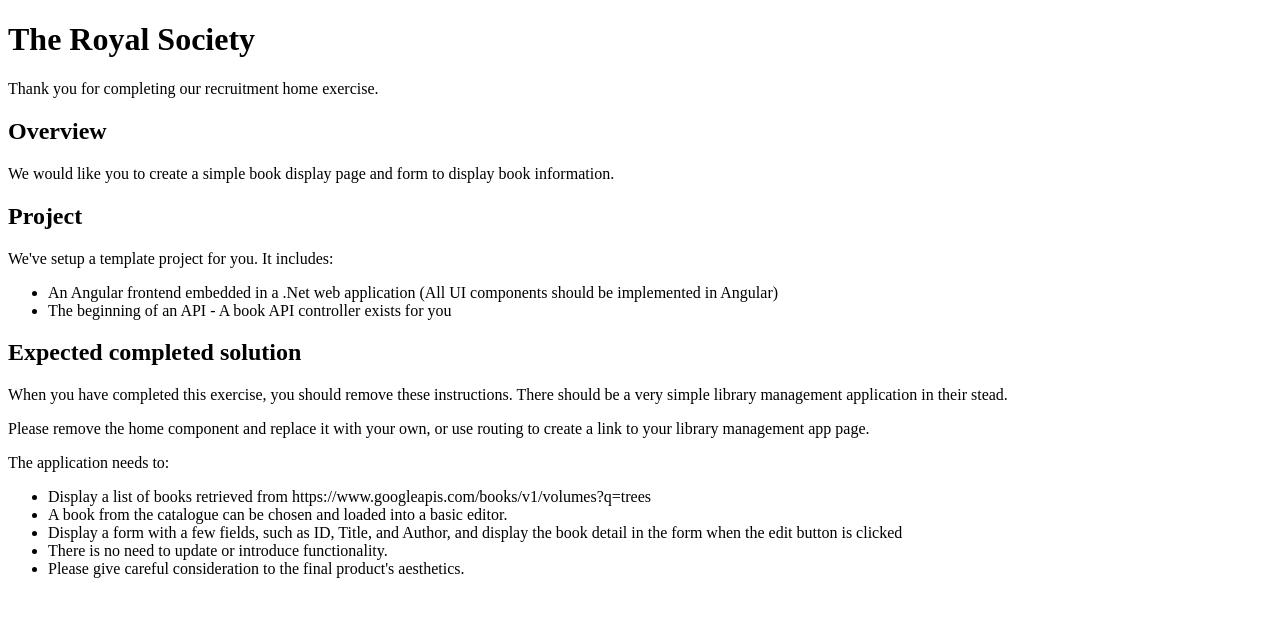
Repository: sedat-akdogan/royal_task
Page: / (app in angularapp/)
These files come from the project's save history. The page is drawn as it stood at one moment and after a run of saves; the edit follows.
The browser window is 1280 px wide. The pictures show the whole page.
The project was rebuilt for these pictures with package versions that can differ from the ones it lists, and the page was loaded fresh each time. Also part of the build but not shown: angularapp/angular.json.

Above is the page before, as saved 2023-07-02 19:44:22.

### angularapp/src/index.html
<!doctype html>
<html lang="en">

<head>
    <meta charset="utf-8">
    <title>Angular App</title>
    <base href="/">
    <meta name="viewport" content="width=device-width, initial-scale=1">
    <link rel="icon" type="image/x-icon" href="favicon.ico">
</head>

<body>
    <app-root></app-root>
</body>

</html>

### angularapp/src/main.ts
import { platformBrowserDynamic } from '@angular/platform-browser-dynamic';

import { AppModule } from './app/app.module';


platformBrowserDynamic().bootstrapModule(AppModule)
    .catch(err => console.error(err));

### angularapp/src/app/app.module.ts
import { HttpClientModule } from '@angular/common/http';
import { NgModule } from '@angular/core';
import { BrowserModule } from '@angular/platform-browser';

import { AppComponent } from './app.component';

@NgModule({
    declarations: [
        AppComponent
    ],
    imports: [
        BrowserModule, HttpClientModule
    ],
    providers: [],
    bootstrap: [AppComponent]
})
export class AppModule { }

### angularapp/src/app/app.component.ts
import { HttpClient } from '@angular/common/http';
import { Component } from '@angular/core';

@Component({
    selector: 'app-root',
    templateUrl: './app.component.html',
    styleUrls: ['./app.component.css']
})
export class AppComponent {
    title = 'libraryapp';
}

### angularapp/src/app/app.component.html
<div class="welcome">
    <h1>The Royal Society</h1>
    <p>Thank you for completing our recruitment home exercise.</p>
</div>

<h2>Overview</h2>
<p>We would like you to create a simple book display page and form to display book information.</p>

<h2>Project</h2>
<p>We've setup a template project for you. It includes:</p>
<ul>
    <li>An Angular frontend embedded in a .Net web application (All UI components should be implemented in Angular)</li>
    <li>The beginning of an API - A book API controller exists for you</li>
</ul>

<h2>Expected completed solution</h2>

<p>When you have completed this exercise, you should remove these instructions. There should be a very simple library
    management application in their stead.</p>

<p>Please remove the home component and replace it with your own, or use routing to create a link to your library
    management app page.</p>

<p>The application needs to:</p>
<ul>
    <li>Display a list of books retrieved from https://www.googleapis.com/books/v1/volumes?q=trees</li>
    <li>A book from the catalogue can be chosen and loaded into a basic editor.</li>
    <li>Display a form with a few fields, such as ID, Title, and Author, and display the book detail in the form when
        the edit button is clicked</li>
    <li> There is no need to update or introduce functionality.</li>
    <li>Please give careful consideration to the final product's aesthetics.</li>
</ul>

Loaded but not shown: angularapp/src/styles.css (common file); angularapp/src/app/app.component.css (no stored copy; drawn as an empty file)

After the next 2 saves:
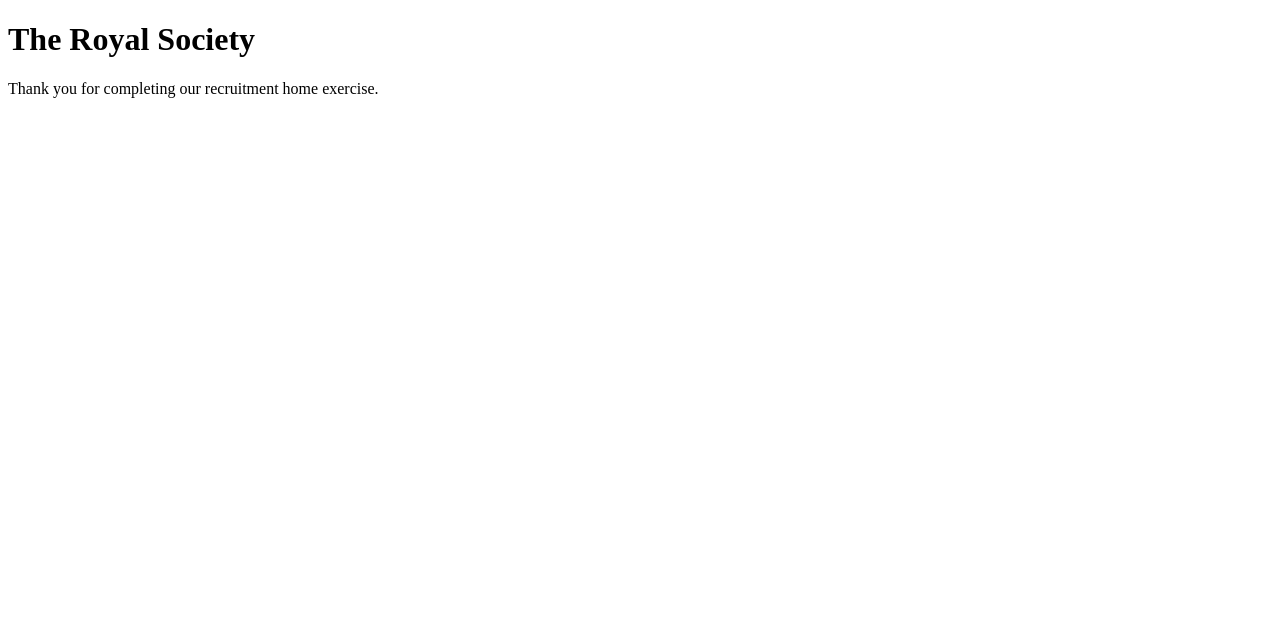
The 2 saves are shown as one change because they came seconds apart.
The last was saved 4 min 15 s later.
--- a/angularapp/src/app/app.component.html
+++ b/angularapp/src/app/app.component.html
@@ -2,31 +2,3 @@
     <h1>The Royal Society</h1>
     <p>Thank you for completing our recruitment home exercise.</p>
 </div>
-
-<h2>Overview</h2>
-<p>We would like you to create a simple book display page and form to display book information.</p>
-
-<h2>Project</h2>
-<p>We've setup a template project for you. It includes:</p>
-<ul>
-    <li>An Angular frontend embedded in a .Net web application (All UI components should be implemented in Angular)</li>
-    <li>The beginning of an API - A book API controller exists for you</li>
-</ul>
-
-<h2>Expected completed solution</h2>
-
-<p>When you have completed this exercise, you should remove these instructions. There should be a very simple library
-    management application in their stead.</p>
-
-<p>Please remove the home component and replace it with your own, or use routing to create a link to your library
-    management app page.</p>
-
-<p>The application needs to:</p>
-<ul>
-    <li>Display a list of books retrieved from https://www.googleapis.com/books/v1/volumes?q=trees</li>
-    <li>A book from the catalogue can be chosen and loaded into a basic editor.</li>
-    <li>Display a form with a few fields, such as ID, Title, and Author, and display the book detail in the form when
-        the edit button is clicked</li>
-    <li> There is no need to update or introduce functionality.</li>
-    <li>Please give careful consideration to the final product's aesthetics.</li>
-</ul>
